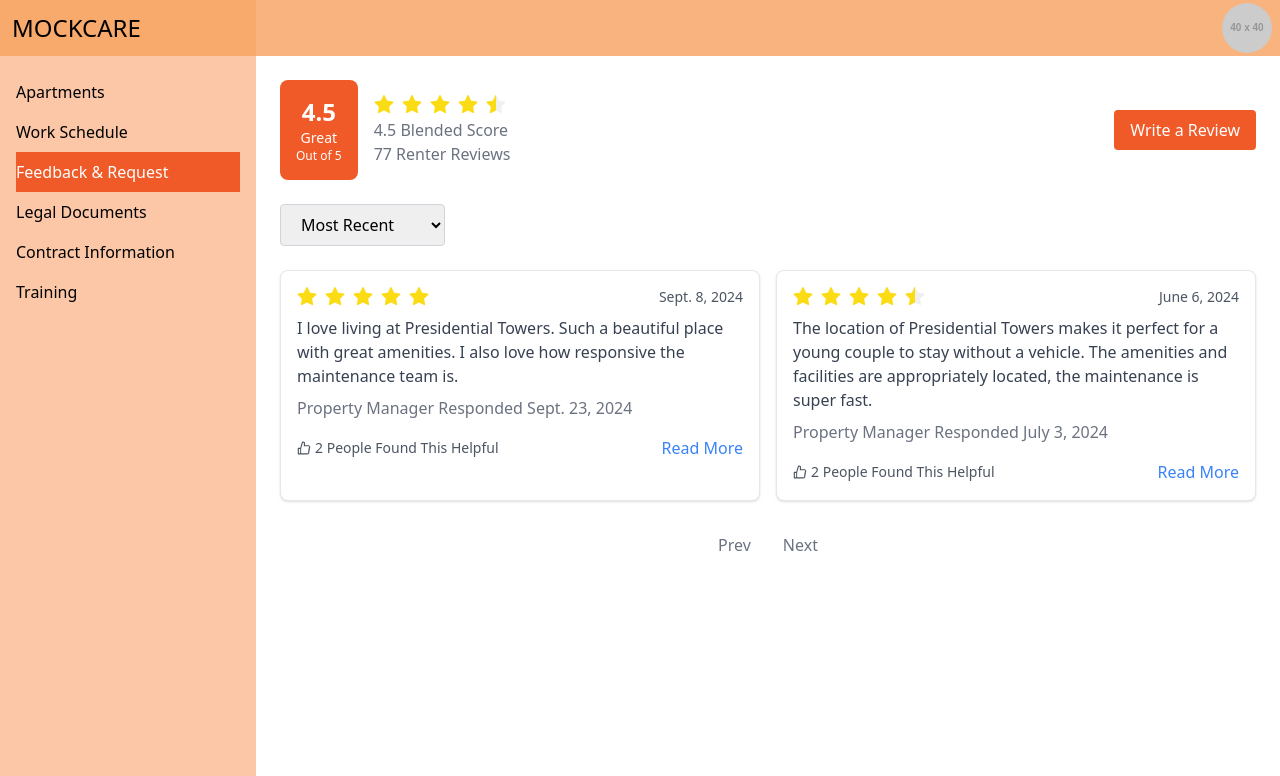
Repository: dunh-real/MockProject_102024_Nhom4
Page: / (app in frontend/)
These files come from the project's save history. The page is drawn as it stood at one moment and after the next save; the edit follows.
The browser window is 1280 px wide. The pictures show the whole page.
The project was rebuilt for these pictures with package versions that can differ from the ones it lists, and the page was loaded fresh each time. Also part of the build but not shown: frontend/vite.config.js, frontend/vite.config.ts, frontend/src/App.css, frontend/src/component/ReviewModal.tsx.

Above is the page before, as saved 2024-10-09 12:32:29.

### frontend/src/App.tsx

import './App.css'
import ReviewList from './pages/Feedback&Request/Feedback&Request'
// import LoginForm from './pages/Login/Login'

function App() {


  return (
    <>
      {/* <LoginForm/> */}
      <ReviewList/>
    </>
  )
}

export default App

### frontend/src/pages/Feedback&Request/Feedback&Request.tsx
import React, { useState } from 'react';
import { Rate } from 'antd'; // Dùng Antd cho Rate, có thể thay thế bằng biểu tượng của Tailwind nếu cần
import { LikeOutlined } from '@ant-design/icons';
import ReviewModal from '../../component/ReviewModal';

interface Review {
    date: string;
    rating: number;
    text: string;
    managerResponse: string;
    helpfulCount: number;
}

const reviews: Review[] = [
    {
        date: 'Sept. 8, 2024',
        rating: 5,
        text: 'I love living at Presidential Towers. Such a beautiful place with great amenities. I also love how responsive the maintenance team is.',
        managerResponse: 'Property Manager Responded Sept. 23, 2024',
        helpfulCount: 2,
    },
    {
        date: 'June 6, 2024',
        rating: 4.5,
        text: 'The location of Presidential Towers makes it perfect for a young couple to stay without a vehicle. The amenities and facilities are appropriately located, the maintenance is super fast.',
        managerResponse: 'Property Manager Responded July 3, 2024',
        helpfulCount: 2,
    },
];

const ReviewList: React.FC = () => {
    const [showModal, setShowModal] = useState<boolean>(false);
    const [page, setPage] = useState<number>(1);

    const handlePageChange = (page: number) => {
        setPage(page);
    };

    const handleSortChange = (value: string) => {
        console.log(`Sort by: ${value}`);
    };

    return (
        <div className=" min-h-screen  bg-gray-50">
            <div className='flex  bg-[#f8a769d9]  justify-between items-center'>
                <div className=' bg-[#f8a769d9] p-3 w-1/5'>
                    <h1 className='text-2xl'>MOCKCARE</h1>
                </div>
                <div className="flex  justify-end">
                    <img
                        src="https://via.placeholder.com/40"
                        alt="Avatar"
                        className="rounded-full w-[50px] h-[50px] mr-2"
                    />
                </div>
            </div>
            <div className="flex">
                <div className="w-1/5 min-h-screen  bg-[#fbc7a7] p-4">
                    <ul>
                        <li className="py-2  hover:bg-[#fbc7a7] cursor-pointer">Apartments</li>
                        <li className="py-2  hover:bg-[#fbc7a7] cursor-pointer">Work Schedule</li>
                        <li className="py-2 hover:bg-[#fbc7a7] bg-[#f05a28] text-white cursor-pointer">
                            Feedback & Request
                        </li>
                        <li className="py-2  hover:bg-[#fbc7a7] cursor-pointer">Legal Documents</li>
                        <li className="py-2  hover:bg-[#fbc7a7] cursor-pointer">Contract Information</li>
                        <li className="py-2 hover:bg-[#fbc7a7] cursor-pointer">Training</li>
                    </ul>
                </div>
                <div className="w-4/5 p-6 bg-white">
                    <div className="flex justify-between items-center mb-6">
                        <div className="flex items-center">
                            <div className="bg-[#f05a28] text-white text-center p-4 rounded-lg">
                                <div className="text-2xl font-bold">4.5</div>
                                <div className="text-sm">Great</div>
                                <div className="text-xs">Out of 5</div>
                            </div>
                            <div className="ml-4">
                                <Rate allowHalf defaultValue={4.5} disabled />
                                <div className="text-gray-500">4.5 Blended Score</div>
                                <div className="text-gray-500">77 Renter Reviews</div>
                            </div>
                        </div>
                        <button
                            onClick={() => setShowModal(true)}
                            className="bg-[#f05a28] text-white px-4 py-2 rounded hover:bg-[#f25f30]"
                        >
                            Write a Review
                        </button>
                    </div>
                    <div className="mb-6 flex justify-between">
                        <select
                            onChange={(e) => handleSortChange(e.target.value)}
                            className="border border-gray-300 rounded px-4 py-2"
                        >
                            <option value="recent">Most Recent</option>
                            <option value="highest">Highest Rating</option>
                            <option value="lowest">Lowest Rating</option>
                        </select>
                    </div>
                    <div className="grid grid-cols-1 md:grid-cols-2 gap-4">
                        {reviews.slice((page - 1) * 2, page * 2).map((review, index) => (
                            <div key={index} className="p-4 border border-gray-200 rounded-lg bg-white shadow">
                                <div className="flex justify-between items-center mb-2">
                                    <Rate allowHalf defaultValue={review.rating} disabled />
                                    <span className="text-sm text-gray-600">{review.date}</span>
                                </div>
                                <p className="text-gray-700">{review.text}</p>
                                <p className="text-gray-500 mt-2">{review.managerResponse}</p>
                                <div className="flex justify-between items-center mt-4">
                                    <div className="flex items-center text-sm text-gray-600">
                                        <LikeOutlined className="mr-1" />
                                        {review.helpfulCount} People Found This Helpful
                                    </div>
                                    <button className="text-blue-500">Read More</button>
                                </div>
                            </div>
                        ))}
                    </div>
                    <div className="flex justify-center mt-6">
                        <button
                            onClick={() => handlePageChange(page - 1)}
                            className="px-4 py-2 text-gray-500"
                            disabled={page === 1}
                        >
                            Prev
                        </button>
                        <button
                            onClick={() => handlePageChange(page + 1)}
                            className="px-4 py-2 text-gray-500"
                        >
                            Next
                        </button>
                    </div>
                </div>
            </div>
            {showModal && <ReviewModal setShowModal={setShowModal} />}
        </div>
    );
};

export default ReviewList;

### frontend/src/component/Sidebar.tsx

import { Menu } from 'antd';
import { HomeOutlined, ScheduleOutlined, FileTextOutlined, FileDoneOutlined, InfoCircleOutlined } from '@ant-design/icons';

const Sidebar = () => {
  return (
    <div style={{ width: '20%', minHeight: '100vh', backgroundColor: '#fbc7a7', padding: '1rem' }}>
      <Menu
        defaultSelectedKeys={['feedback']}
        mode="inline"
        style={{ backgroundColor: '#fbc7a7', borderRight: 0 }}
      >
        <Menu.Item key="apartments" icon={<HomeOutlined />} style={{ padding: '12px 24px' }}>
          Apartments
        </Menu.Item>
        <Menu.Item key="schedule" icon={<ScheduleOutlined />} style={{ padding: '12px 24px' }}>
          Work Schedule
        </Menu.Item>
        <Menu.Item
          key="feedback"
          icon={<FileTextOutlined />}
          style={{ backgroundColor: '#f05a28', color: 'white', padding: '12px 24px' }}
        >
          Feedback & Request
        </Menu.Item>
        <Menu.Item key="legal" icon={<FileDoneOutlined />} style={{ padding: '12px 24px' }}>
          Legal Documents
        </Menu.Item>
        <Menu.Item key="contract" icon={<InfoCircleOutlined />} style={{ padding: '12px 24px' }}>
          Contract Information
        </Menu.Item>
        <Menu.Item key="training" icon={<InfoCircleOutlined />} style={{ padding: '12px 24px' }}>
          Training
        </Menu.Item>
      </Menu>
    </div>
  );
};

export default Sidebar;

Loaded but not shown: frontend/index.html (common file); frontend/src/main.jsx (common file); frontend/src/index.css (common file); frontend/tailwind.config.js (common file)

After the next save:
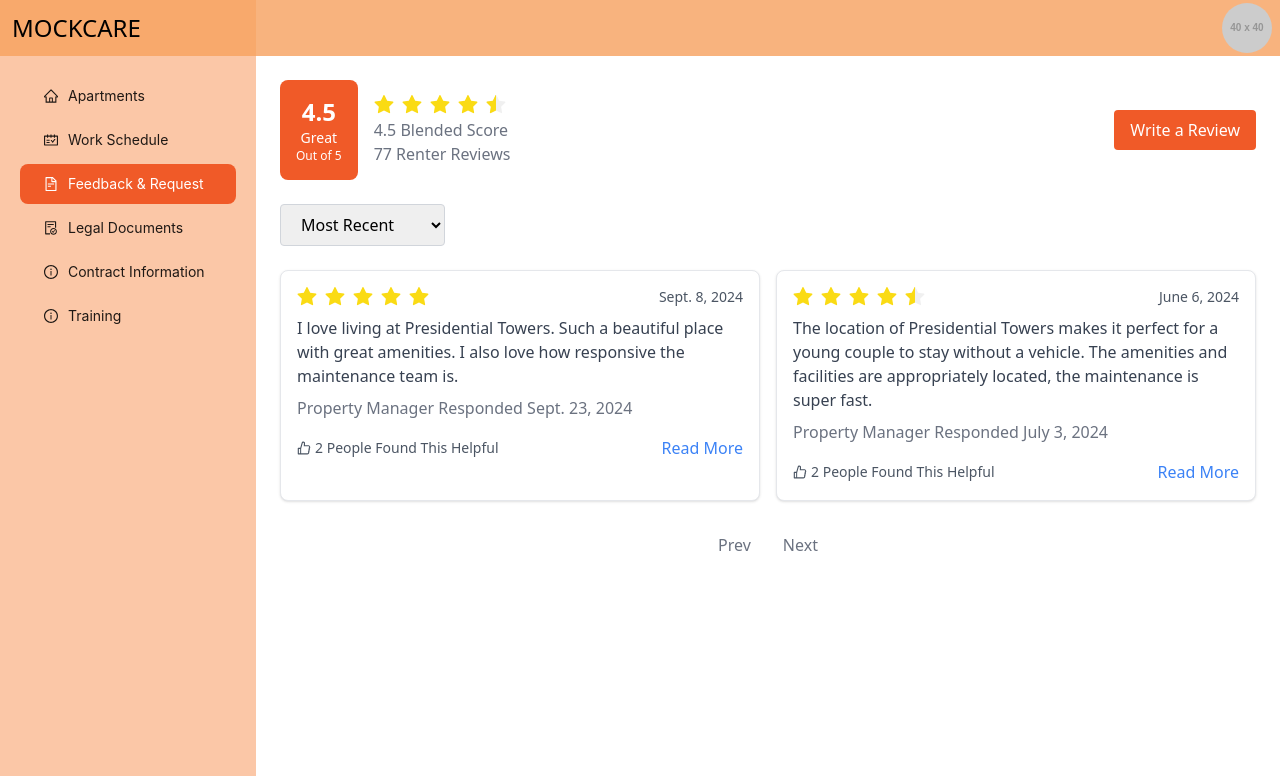
Saved 13 s later.
--- a/frontend/src/pages/Feedback&Request/Feedback&Request.tsx
+++ b/frontend/src/pages/Feedback&Request/Feedback&Request.tsx
@@ -2,6 +2,7 @@ import React, { useState } from 'react';
 import { Rate } from 'antd'; // Dùng Antd cho Rate, có thể thay thế bằng biểu tượng của Tailwind nếu cần
 import { LikeOutlined } from '@ant-design/icons';
 import ReviewModal from '../../component/ReviewModal';
+import Sidebar from '../../component/Sidebar';
 
 interface Review {
     date: string;
@@ -55,18 +56,7 @@ const ReviewList: React.FC = () => {
                 </div>
             </div>
             <div className="flex">
-                <div className="w-1/5 min-h-screen  bg-[#fbc7a7] p-4">
-                    <ul>
-                        <li className="py-2  hover:bg-[#fbc7a7] cursor-pointer">Apartments</li>
-                        <li className="py-2  hover:bg-[#fbc7a7] cursor-pointer">Work Schedule</li>
-                        <li className="py-2 hover:bg-[#fbc7a7] bg-[#f05a28] text-white cursor-pointer">
-                            Feedback & Request
-                        </li>
-                        <li className="py-2  hover:bg-[#fbc7a7] cursor-pointer">Legal Documents</li>
-                        <li className="py-2  hover:bg-[#fbc7a7] cursor-pointer">Contract Information</li>
-                        <li className="py-2 hover:bg-[#fbc7a7] cursor-pointer">Training</li>
-                    </ul>
-                </div>
+                <Sidebar/>
                 <div className="w-4/5 p-6 bg-white">
                     <div className="flex justify-between items-center mb-6">
                         <div className="flex items-center">
